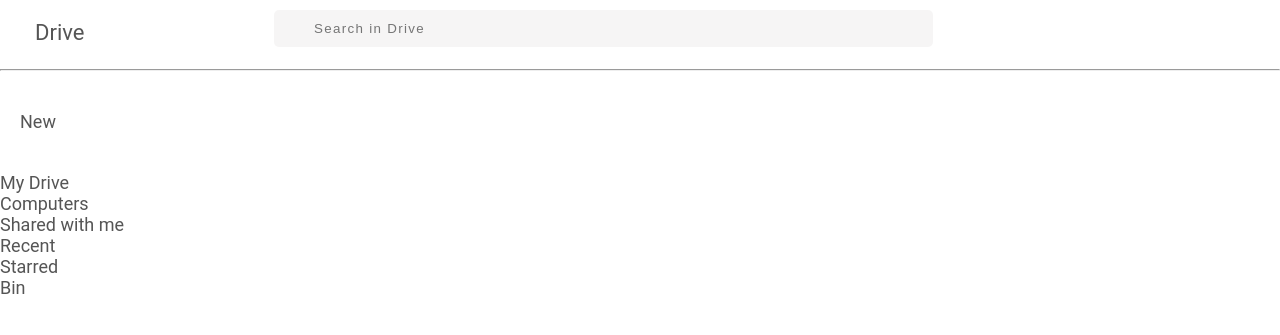
Repository: smit1298/driveclone
Page: index.html
The author's editor kept a copy of each file at every save. The page is drawn from the files as they stood at one save, then again after the next save.
The browser window is 1280 px wide. The pictures show the whole page.
Some icons come from a web library that is not loaded, so they are not drawn.

Above is the page before, as saved 2022-02-14 02:57:24.

After the next save:
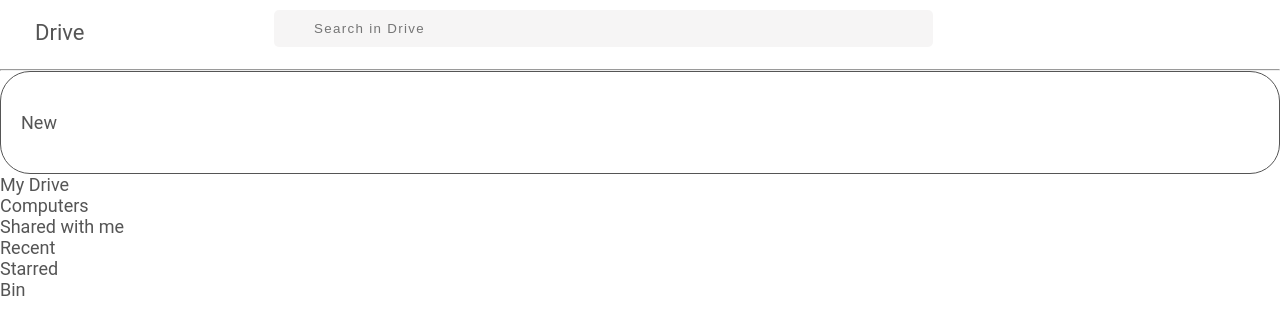
Saved 4 s later.
--- a/index.css
+++ b/index.css
@@ -97,5 +97,5 @@
 .new{
   padding: 40px 20px;
   border-radius: 30px;
-  border: 1;
+  border: 1px solid ;
 }

After the save that followed:
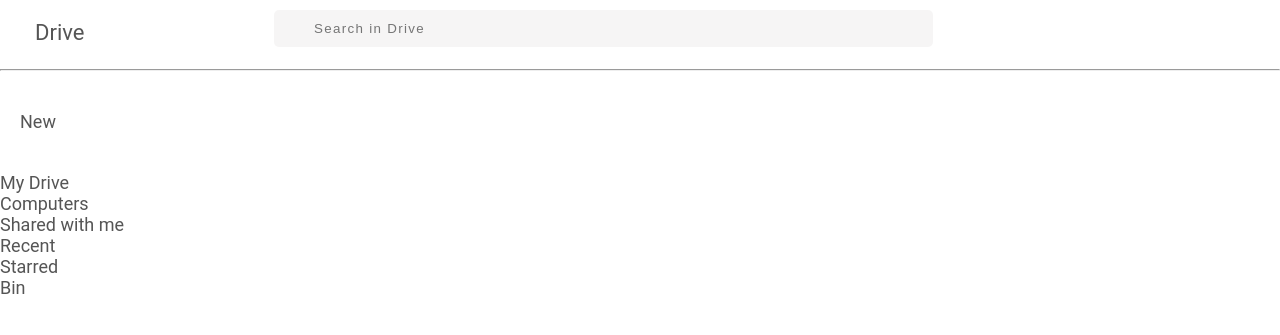
Saved 6 s later.
--- a/index.css
+++ b/index.css
@@ -97,5 +97,5 @@
 .new{
   padding: 40px 20px;
   border-radius: 30px;
-  border: 1px solid ;
+  border: 1px solid rgb;
 }
